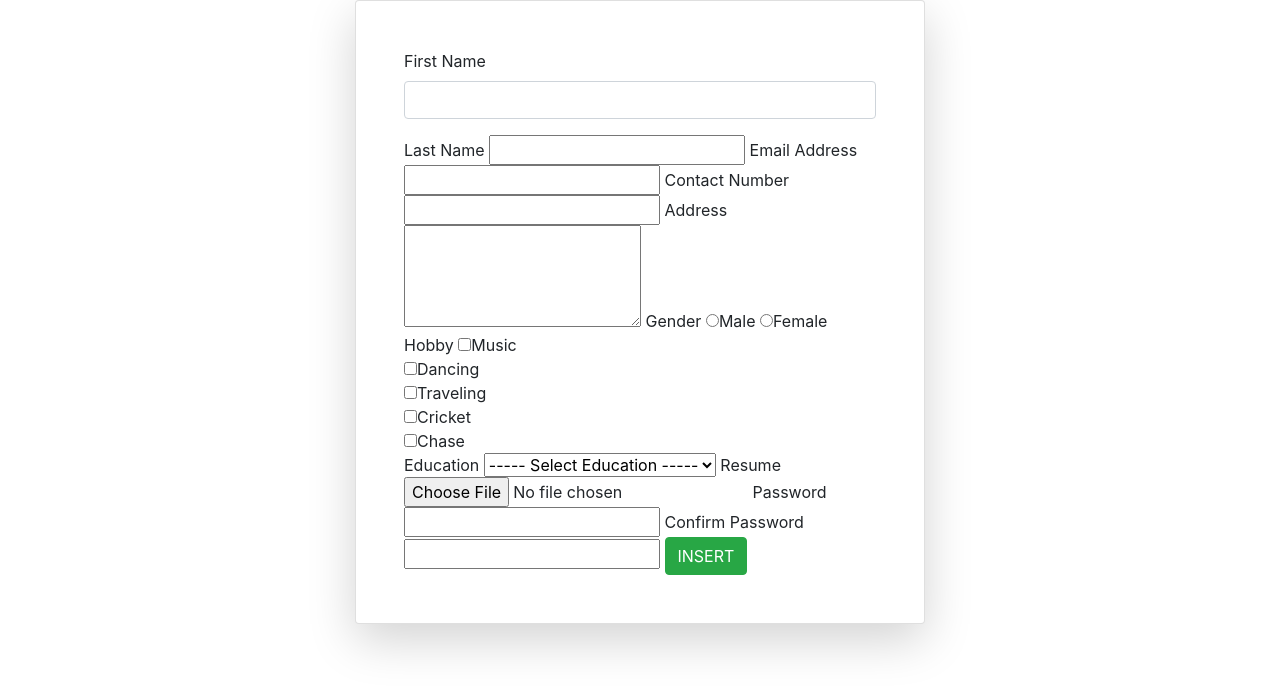
Repository: dhiren1618/OCT-JAVA-2023
Page: http://localhost/AdvancedJava/bootstrap.jsp
An editor plug-in stored every save of this project. The page is shown before and after the next save, followed by the edit.
The browser window is 1280 px wide. The pictures show the whole page.
The page is served by Tomcat 9. Other server files are loaded and not shown.

Above is the page before, as saved 2024-06-15 10:55:59.

### AdvancedJava/src/main/webapp/bootstrap.jsp
<%@ page language="java" contentType="text/html; charset=UTF-8"
	pageEncoding="UTF-8"%>
<!DOCTYPE html>
<html>
<head>
<meta charset="UTF-8">
<title>Advance Java Tutorial</title>
<link rel="stylesheet" href="https://cdn.jsdelivr.net/npm/bootstrap@4.3.1/dist/css/bootstrap.min.css" integrity="sha384-ggOyR0iXCbMQv3Xipma34MD+dH/1fQ784/j6cY/iJTQUOhcWr7x9JvoRxT2MZw1T" crossorigin="anonymous">
<script src="https://code.jquery.com/jquery-3.3.1.slim.min.js" integrity="sha384-q8i/X+965DzO0rT7abK41JStQIAqVgRVzpbzo5smXKp4YfRvH+8abtTE1Pi6jizo" crossorigin="anonymous"></script>
<script src="https://cdn.jsdelivr.net/npm/popper.js@1.14.7/dist/umd/popper.min.js" integrity="sha384-UO2eT0CpHqdSJQ6hJty5KVphtPhzWj9WO1clHTMGa3JDZwrnQq4sF86dIHNDz0W1" crossorigin="anonymous"></script>
<script src="https://cdn.jsdelivr.net/npm/bootstrap@4.3.1/dist/js/bootstrap.min.js" integrity="sha384-JjSmVgyd0p3pXB1rRibZUAYoIIy6OrQ6VrjIEaFf/nJGzIxFDsf4x0xIM+B07jRM" crossorigin="anonymous"></script>


</head>

<body>

	<div class="container">
		<div class="row">
			<div class="col-md-6 m-auto card p-5  shadow-lg">
	<form action="" method="post" name="insert">


				<div class="form-group">
				<label >First Name</label>
				<input id="fname" type="text" name="fname" onblur="validateFirstName();" class="form-control">
				<span id="error_fname" class="text-danger"></span>
				</div>

			<tr>
				<td>Last Name</td>
				<td><input type="text" name="lname"></td>
			</tr>

			<tr>
				<td>Email Address</td>
				<td><input type="email" name="email" id="email" onblur="validateEmail();"></td>
				<td><span id="error_email" style="color: red;"></span></td>
			</tr>

			<tr>
				<td>Contact Number</td>
				<td><input type="text" name="contact" id="contact" onblur="validateContact();"></td>
				<td><span id="error_contact" style="color: red;"></span></td>
			</tr>

			<tr>
				<td>Address</td>
				<td><textarea cols="21" rows="4" name="address"></textarea></td>
			</tr>

			<tr>
				<td>Gender</td>
				<td><input type="radio" name="gender" value="male">Male
					<input type="radio" name="gender" value="female">Female</td>
			</tr>

			<tr>
				<td>Hobby</td>
				<td><input type="checkbox" name="hobby" value="music">Music<br>
					<input type="checkbox" name="hobby" value="dancing">Dancing<br>
					<input type="checkbox" name="hobby" value="traveling">Traveling<br>
					<input type="checkbox" name="hobby" value="cricket">Cricket<br>
					<input type="checkbox" name="hobby" value="chess">Chase<br>
				</td>
			</tr>

			<tr>
				<td>Education</td>
				<td><select name="education">
						<option>----- Select Education -----</option>
						<option value="10th">10th</option>
						<option value="12th">12th</option>
						<option value="BCA">BCA</option>
						<option value="MCA">MCA</option>
						<option value="BE">BE</option>
						<option value="ME">ME</option>
						<option value="other">Others</option>
				</select></td>
			</tr>

			<tr>
				<td>Resume</td>
				<td><input type="file" name="resume"></td>
			</tr>

			<tr>
				<td>Password</td>
				<td><input type="password" name="password"></td>
			</tr>

			<tr>
				<td>Confirm Password</td>
				<td><input type="password" name="cpassword"></td>
			</tr>

			<tr>
				<td colspan="2" align="center"><input type="submit"
					value="INSERT" class="btn btn-success"></td>
			</tr>



	</form>
	</div>
		</div>
</div>
</body>



</html>

After the next save:
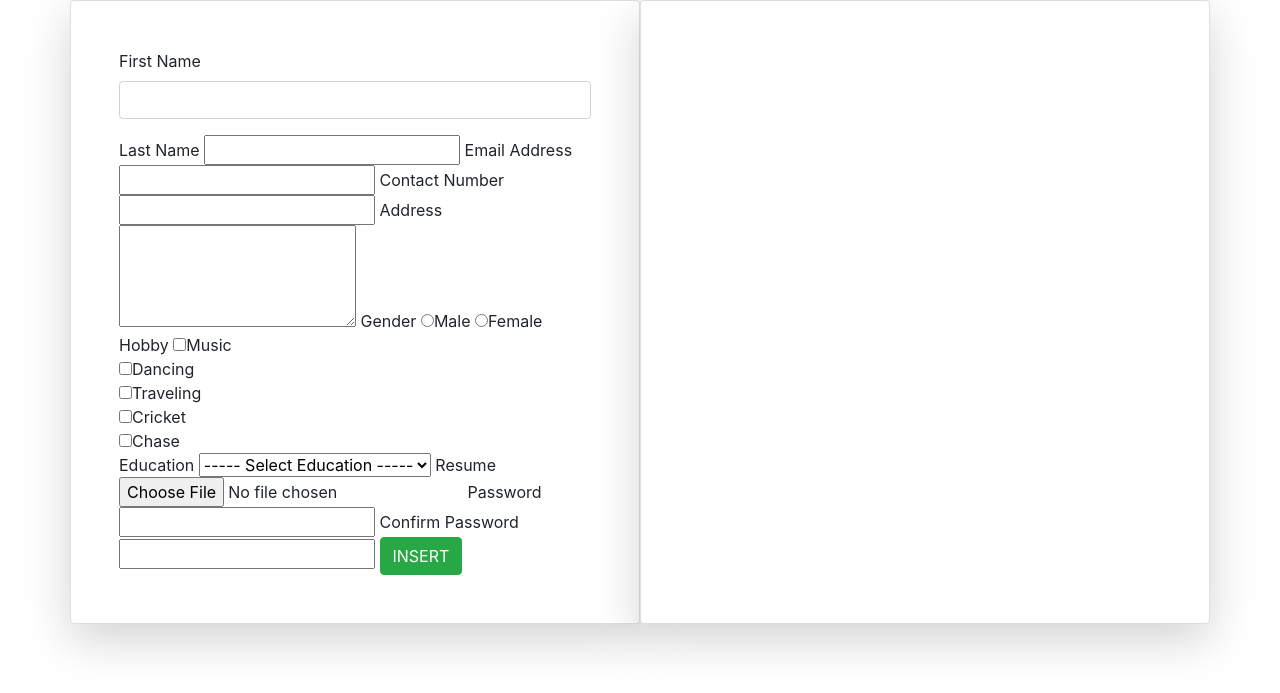
Saved 2 min 44 s later.
--- a/AdvancedJava/src/main/webapp/bootstrap.jsp
+++ b/AdvancedJava/src/main/webapp/bootstrap.jsp
@@ -17,7 +17,7 @@
 
 	<div class="container">
 		<div class="row">
-			<div class="col-md-6 m-auto card p-5  shadow-lg">
+			<div class="col-md-6 card p-5  shadow-lg">
 	<form action="" method="post" name="insert">
 
 
@@ -103,6 +103,10 @@
 
 	</form>
 	</div>
+
+	<div class="col-md-6 card p-5  shadow-lg"></div>
+
+
 		</div>
 </div>
 </body>
